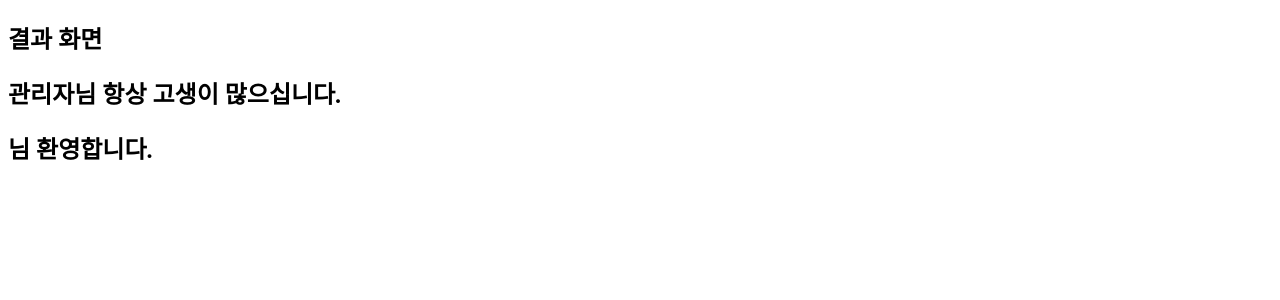
Repository: cdj6995/Web
Page: http://localhost/Lecture-Web/jsp/forward/forwardSet.jsp
The author's editor kept a copy of each file at every save. The page is drawn from the files as they stood at one save, then again after the next save.
The browser window is 1280 px wide. The pictures show the whole page.
The page is served by Tomcat 9. Other server files are loaded and not shown.

Above is the page before, as saved 2022-06-13 06:52:57.

### Lecture-Web/src/main/webapp/jsp/forward/forwardSet.jsp
<%@ page language="java" contentType="text/html; charset=UTF-8"
    pageEncoding="UTF-8"%>
<!DOCTYPE html>
<html>
<head>
<meta charset="UTF-8">
<title>Insert title here</title>
</head>
<body>
	<h2>결과 화면</h2>
	<c:if test="${ param.id == 'admin'}">
		<jsp:include page="admin.jsp"/>
	</c:if>
	<c:if test="${ param.id != 'admin'}">
		<jsp:include page="user.jsp"/>
	</c:if>
</body>
</html>

### Lecture-Web/src/main/webapp/jsp/forward/admin.jsp
<%@ page language="java" contentType="text/html; charset=UTF-8"
    pageEncoding="UTF-8"%>
<!DOCTYPE html>
<html>
<head>
<meta charset="UTF-8">
<title>Insert title here</title>
</head>
<body>
	<h2>관리자님 항상 고생이 많으십니다.</h2>
</body>
</html>

### Lecture-Web/src/main/webapp/jsp/forward/user.jsp
<%@ page language="java" contentType="text/html; charset=UTF-8"
    pageEncoding="UTF-8"%>
<!DOCTYPE html>
<html>
<head>
<meta charset="UTF-8">
<title>Insert title here</title>
</head>
<body>
	<h2>${ param.id }님 환영합니다.</h2>
</body>
</html>

After the next save:
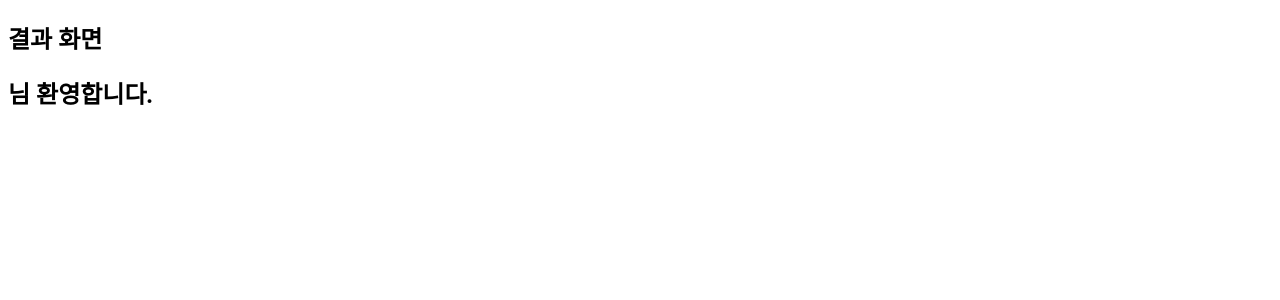
Saved 26 s later.
--- a/Lecture-Web/src/main/webapp/jsp/forward/forwardSet.jsp
+++ b/Lecture-Web/src/main/webapp/jsp/forward/forwardSet.jsp
@@ -1,5 +1,6 @@
 <%@ page language="java" contentType="text/html; charset=UTF-8"
     pageEncoding="UTF-8"%>
+<%@ taglib prefix="c" uri="http://java.sun.com/jsp/jstl/core"%>
 <!DOCTYPE html>
 <html>
 <head>
